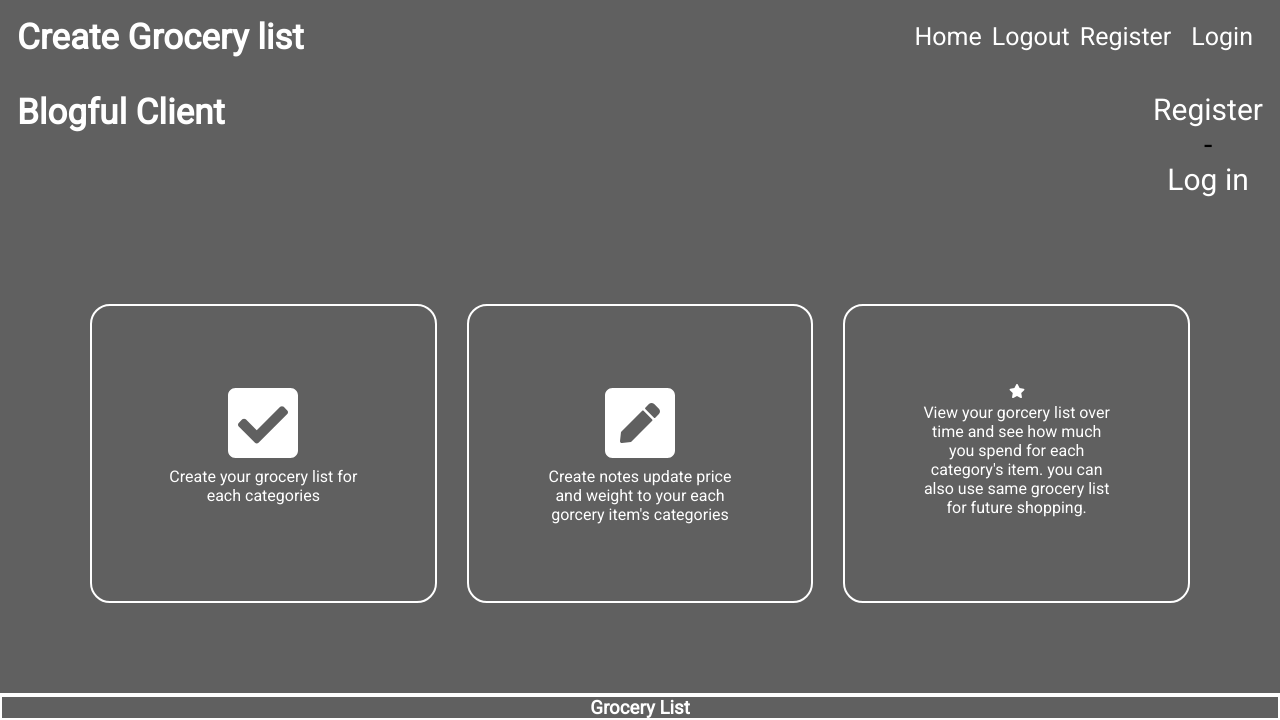
Repository: mhyder1/grocery-client
Page: /
An editor plug-in stored every save of this project. The page is shown before and after the next save, followed by the edit.
The browser window is 1280 px wide. The pictures show the whole page.
The project was rebuilt for these pictures with package versions that can differ from the ones it lists, and the page was loaded fresh each time. Also part of the build but not shown: src/Components/Errorpage/ErrorPage.js, src/services/AuthAPIService.js, src/Components/Login/Login.js, src/Components/BackButton/BackButton.js, src/Components/ListForm/ListForm.js, src/Components/CategoriesPage/CategoriesPage.js, src/Components/EditList/EditList.js, src/Components/Register/Register.css and 4 more.

Above is the page before, as saved 2020-12-30 10:40:18.

After the next save:
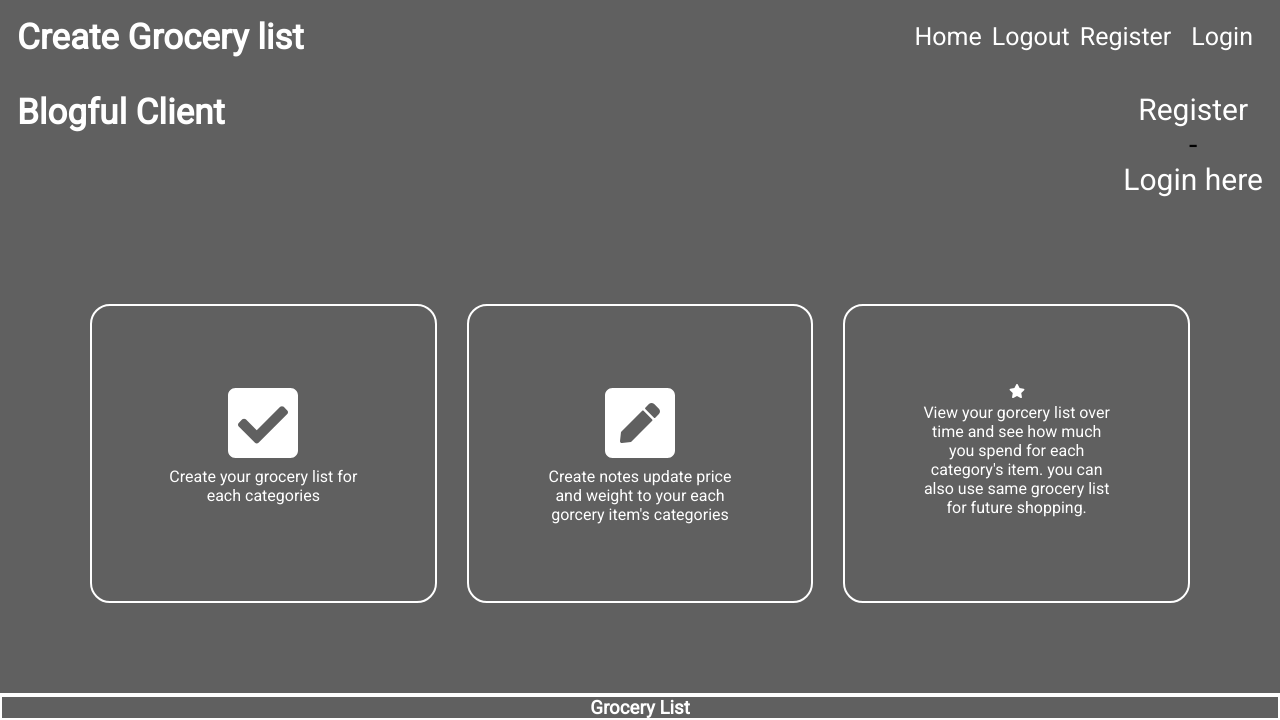
Saved 5 min 48 s later.
--- a/src/Components/Header/Header.js
+++ b/src/Components/Header/Header.js
@@ -30,7 +30,7 @@ class Header extends React.Component {
             <Hyph />
             <Link
               to='/login'>
-              Log in
+              Login here
             </Link>
           </div>
         )
